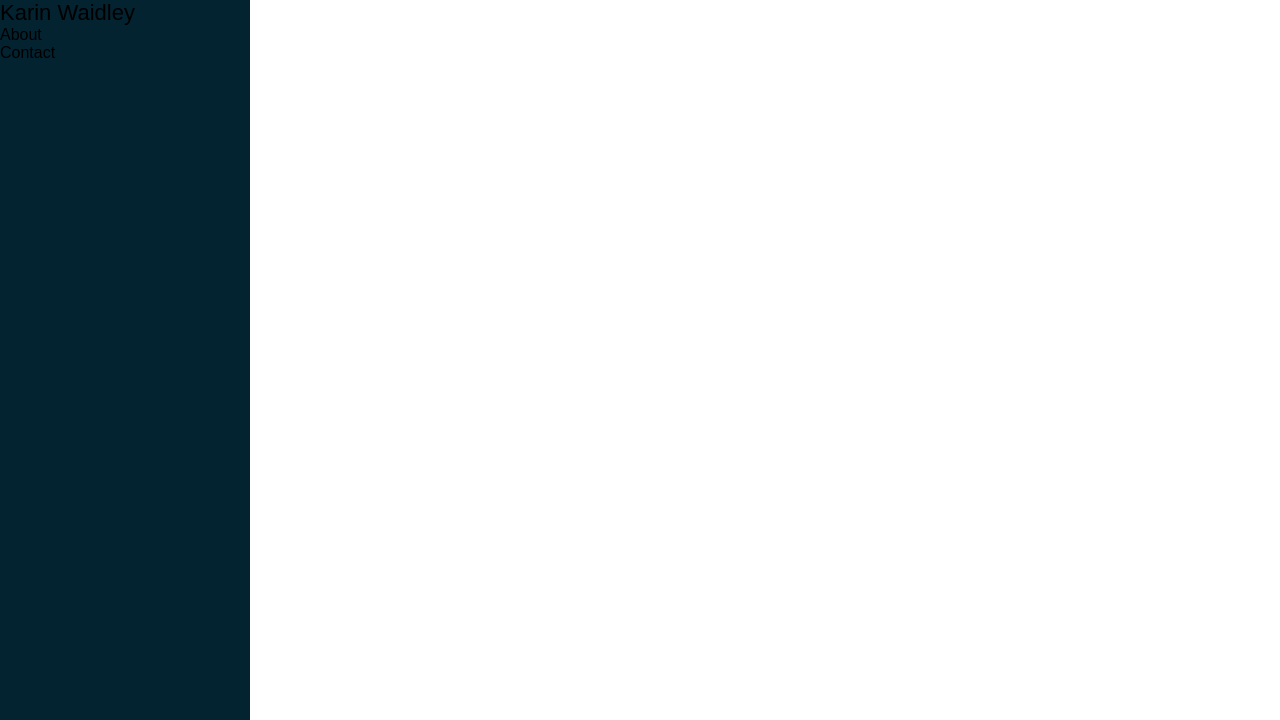
Repository: Ceasor7/Karin
Page: test.html
These files come from the project's save history. The page is drawn as it stood at one moment and after the next save; the edit follows.
The browser window is 1280 px wide. The pictures show the whole page.
Some web libraries are served in a nearby version.

Above is the page before, as saved 2023-12-15 16:08:09.

### test.html
<!DOCTYPE html>
<html lang="en">

<head>
    <meta charset="UTF-8">
    <meta name="viewport" content="width=device-width, initial-scale=1.0">
    <title>Contact form</title>
    <link rel="stylesheet" href="stingo.css">
    <script src="https://kit.fontawesome.com/a076d05399.js" crossorigin="anonymous"></script>
</head>

<body>
    <div class="sidebar">
        <header>Karin Waidley</header>
        <ul>
            <li>About</li>
            <li>Contact</li>
        </ul>
    </div>
</body>

</html>

### stingo.css
body {
    font-family: Arial, Helvetica, sans-serif;
}

* {
    margin: 0;
    padding: 0;
    list-style: none;
    text-decoration: none;
}

.sidebar {
    position: fixed;
    left: 0;
    width: 250px;
    height: 100%;
    background: #042331;
}

.sidebar header {
    font-size: 22px;
}

After the next save:
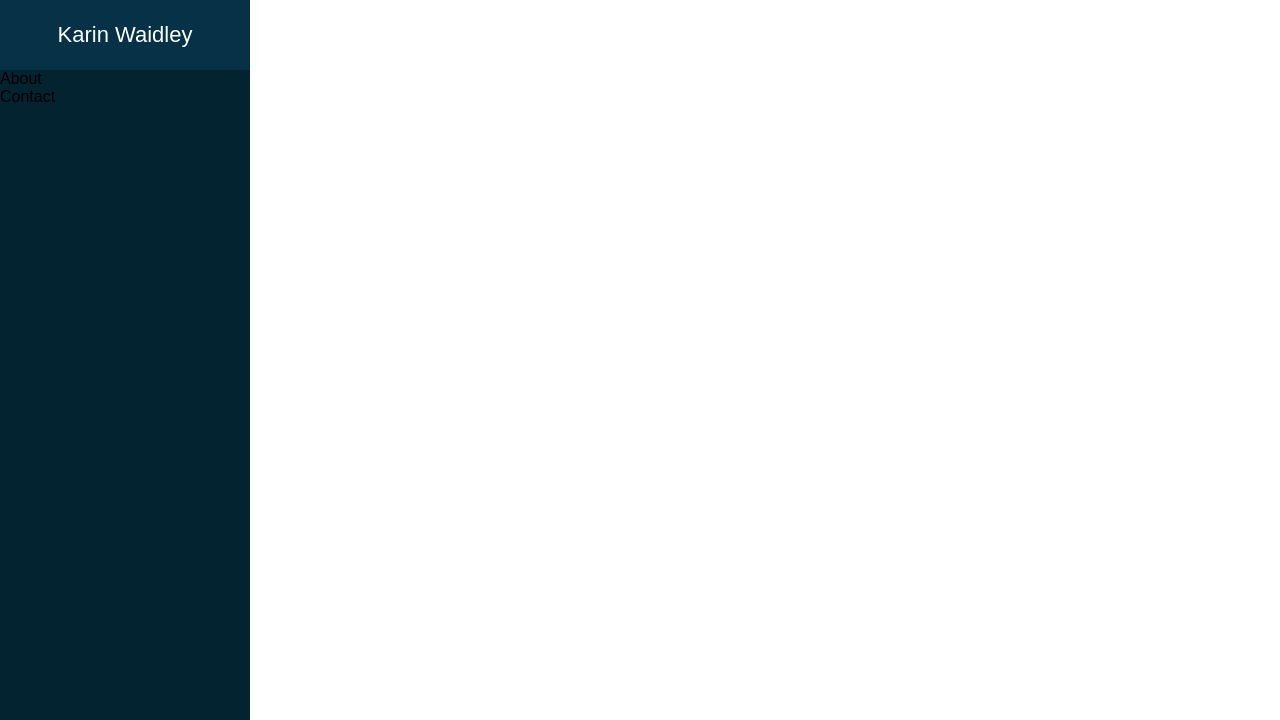
Saved 117 s later.
--- a/stingo.css
+++ b/stingo.css
@@ -19,4 +19,9 @@ body {
 
 .sidebar header {
     font-size: 22px;
+    color: white;
+    text-align: center;
+    line-height: 70px;
+    background: #063146;
+    user-select: none;
 }
